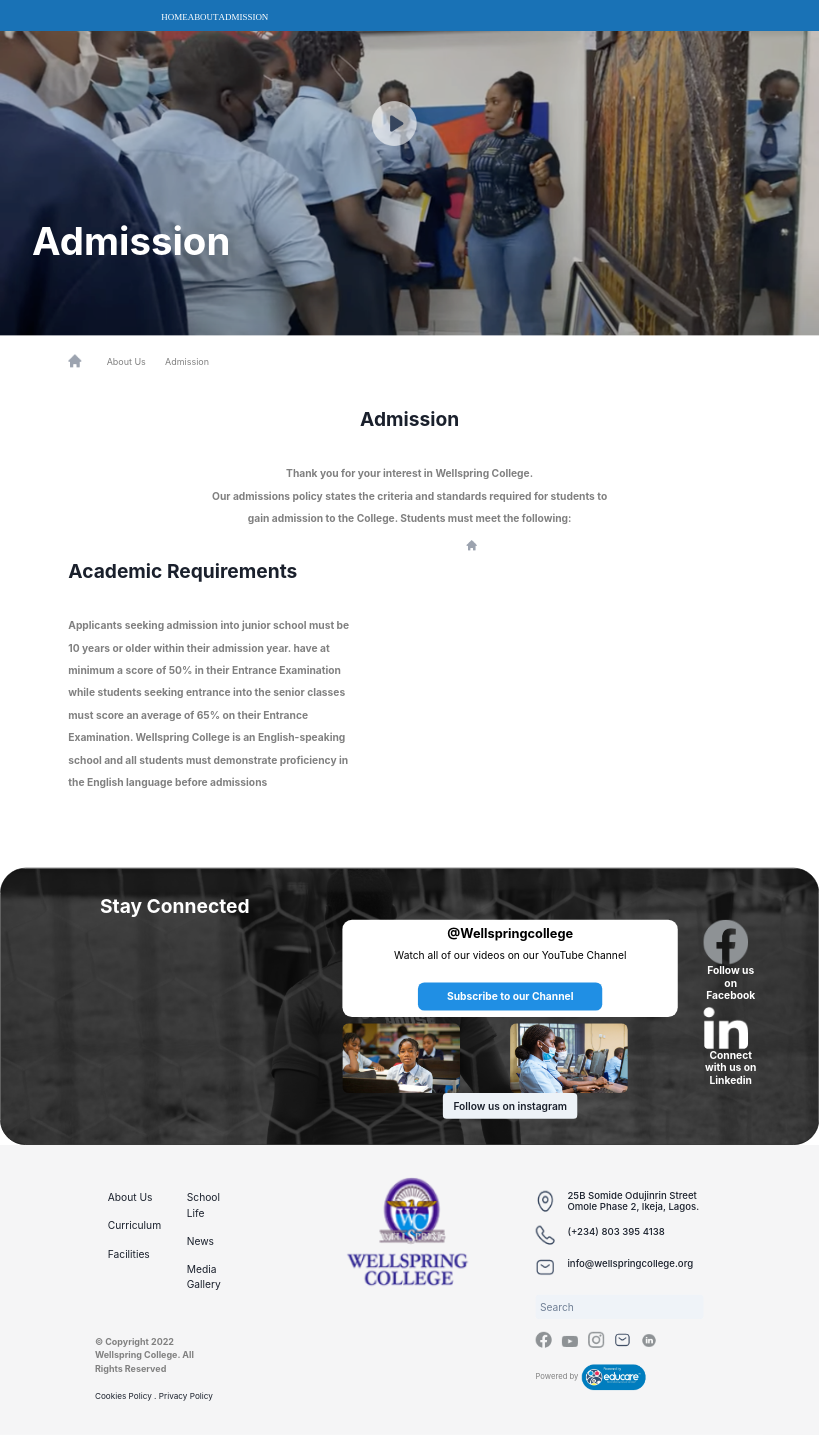
Repository: gr8skills/wellspring-school-forked
Page: /admission
The author's editor kept a copy of each file at every save. The page is drawn from the files as they stood at one save, then again after a run of saves.
The browser window is 1280 px wide. The pictures show the whole page, at 64% of full size.
The project was rebuilt for these pictures with package versions that can differ from the ones it lists, and the page was loaded fresh each time. Also part of the build but not shown: src/components/Navbar/Dropdown.scss, src/components/Navbar/Dropdown.js, src/components/Testimonials/Testimonials.js, src/components/Calendar/Calendar.js, src/components/News/News.js, src/components/WhyWellspring/_why-wellspring.scss, src/components/WhyWellspring/WhyWellspring.js, src/components/AppTab/AppTab.js and 9 more.

Above is the page before, as saved 2022-12-06 17:47:55.

After the next 2 saves:
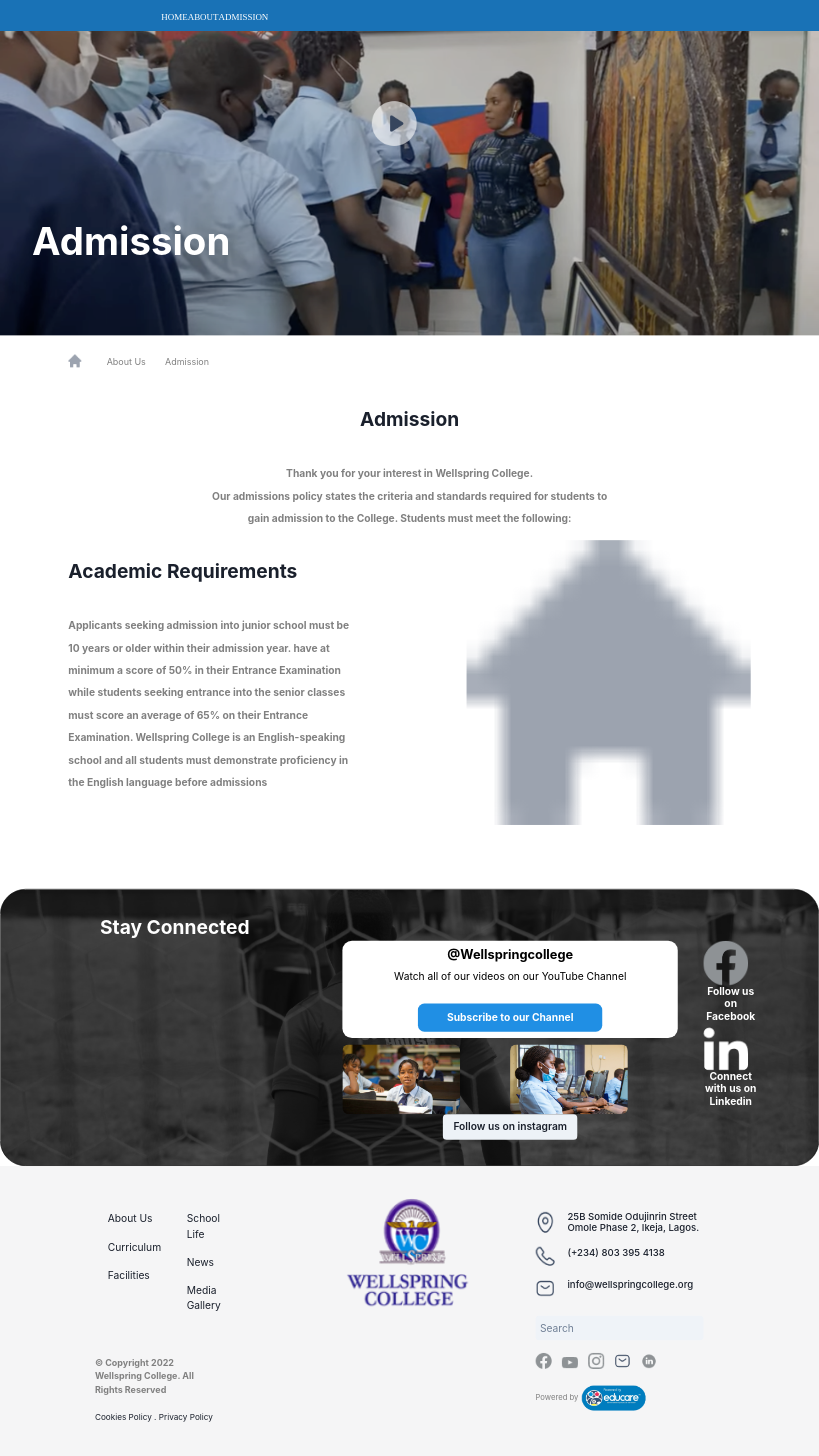
The 2 saves are shown as one change because they came seconds apart.
The last was saved 16 s later.
--- a/src/pages/Admission/Admission.js
+++ b/src/pages/Admission/Admission.js
@@ -61,7 +61,7 @@
             </p>
           </div>
           <div className="col-md-2">&nbsp;</div>
-          <div>
+          <div className="col-md-5">
             {" "}
             <img className="col-md-12 " src={Home} alt="Scholar" />
           </div>
